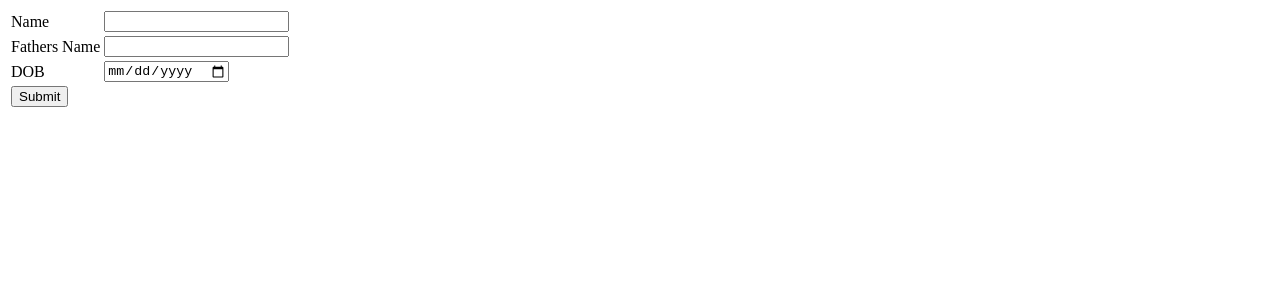
Repository: mnarendra333/batch21_WE
Page: Cookies/WebContent/basicInfo.html
The author's editor kept a copy of each file at every save. The page is drawn from the files as they stood at one save, then again after the next save.
The browser window is 1280 px wide. The pictures show the whole page.

Above is the page before, as saved 2019-02-17 05:38:31.

### Cookies/WebContent/basicInfo.html
<!DOCTYPE html>
<html>
<head>
<meta charset="ISO-8859-1">
<title>Insert title here</title>
</head>
<body>


	<table>
		<tr>

			<td>Name</td>
			<td><input type="text" name="uname"/></td>
		</tr>
		<tr>

			<td>Fathers Name</td>
			<td><input type="text" name="fname"/></td>
		</tr>
		<tr>

			<td>DOB</td>
			<td><input type="date" name="dob"/></td>
		</tr>
		<tr>

			<td><input type="submit" name="dob"/></td>
		</tr>


	</table>

</body>
</html>

After the next save:
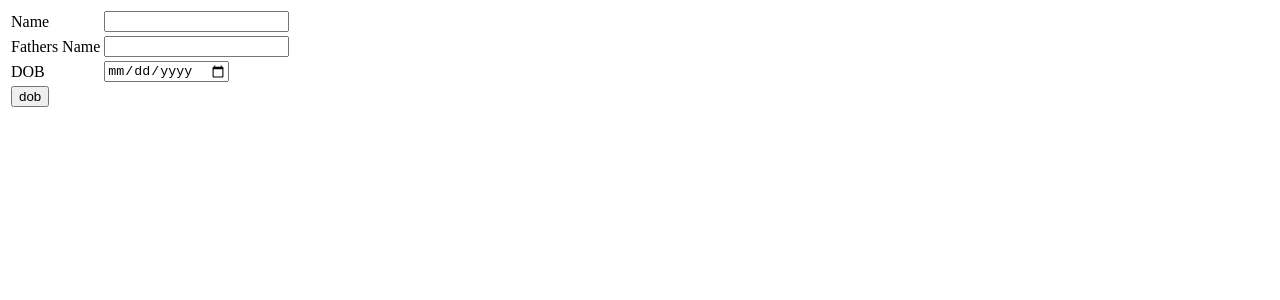
Saved 4 s later.
--- a/Cookies/WebContent/basicInfo.html
+++ b/Cookies/WebContent/basicInfo.html
@@ -25,7 +25,7 @@
 		</tr>
 		<tr>
 
-			<td><input type="submit" name="dob"/></td>
+			<td><input type="submit" value="dob"/></td>
 		</tr>
 
 
